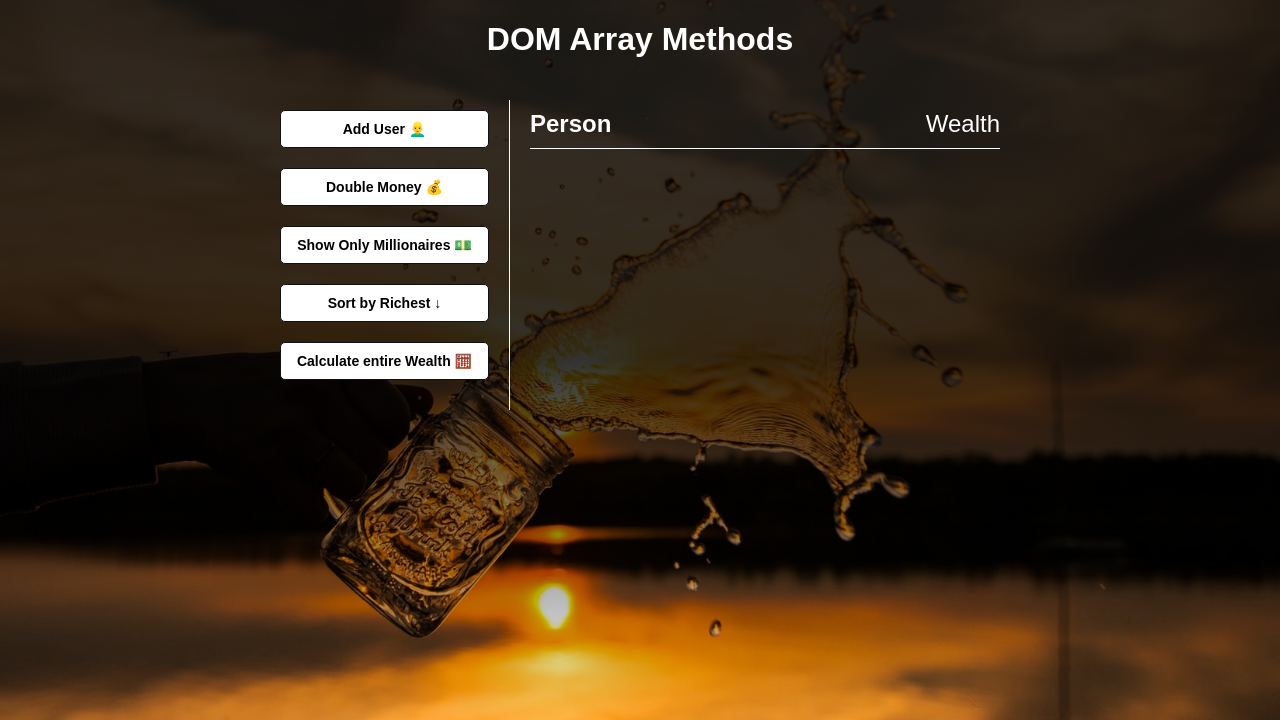
Repository: CAMPSLOPY/RandomUserInfoGenerator
Page: index.html
These files come from the project's save history. The page is drawn as it stood at one moment and after a run of saves; the edit follows.
The browser window is 1280 px wide. The pictures show the whole page.
After loading, the first visible `#calculate-wealth` was clicked once.

Above is the page before, as saved 2021-01-20 17:01:14.

After the next 6 saves:
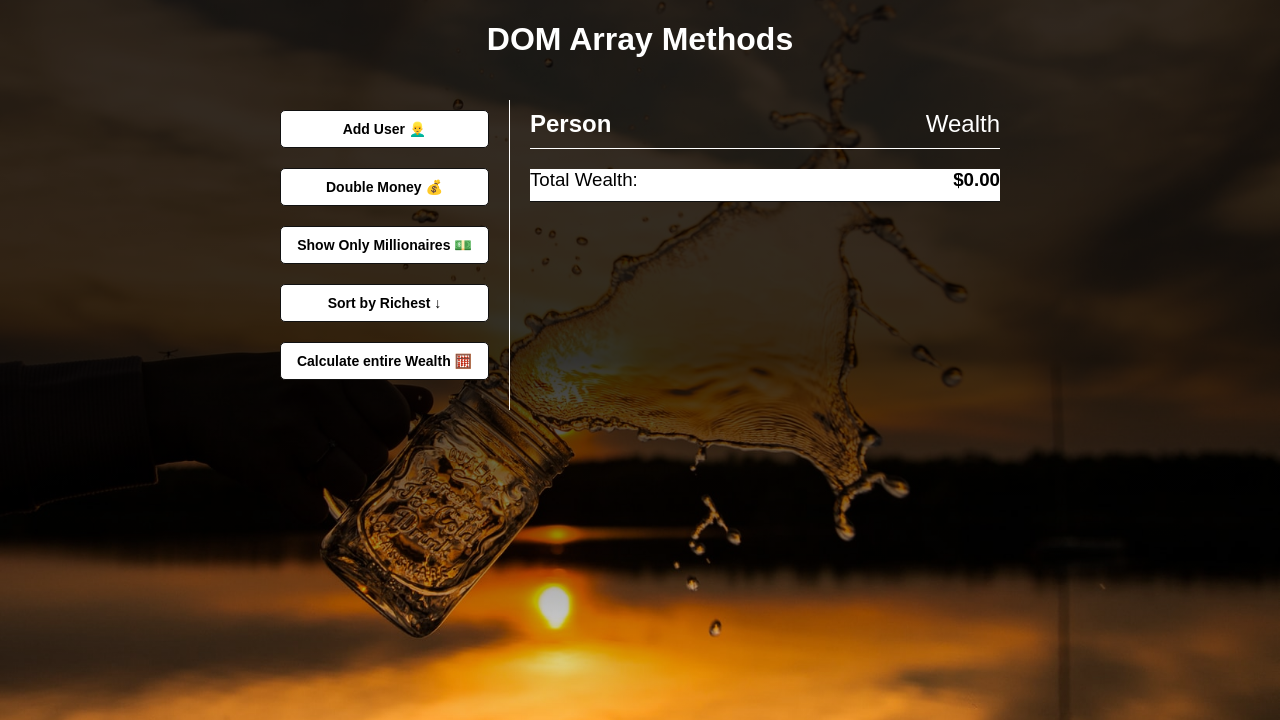
The 6 saves are shown as one change because they came seconds apart.
The last was saved 19 s later.
--- a/app.js
+++ b/app.js
@@ -99,7 +99,7 @@ function totalWealthCalculator() {
   wealthEl.innerHTML = `<h3>Total Wealth: <strong>${formatMoney(
     wealth
   )}</strong> </h3>`;
-  main.appendChild
+  main.appendChild(wealthEl);
 }
 // event Listeners
 addUserBtn.addEventListener("click", getRandomUser);
